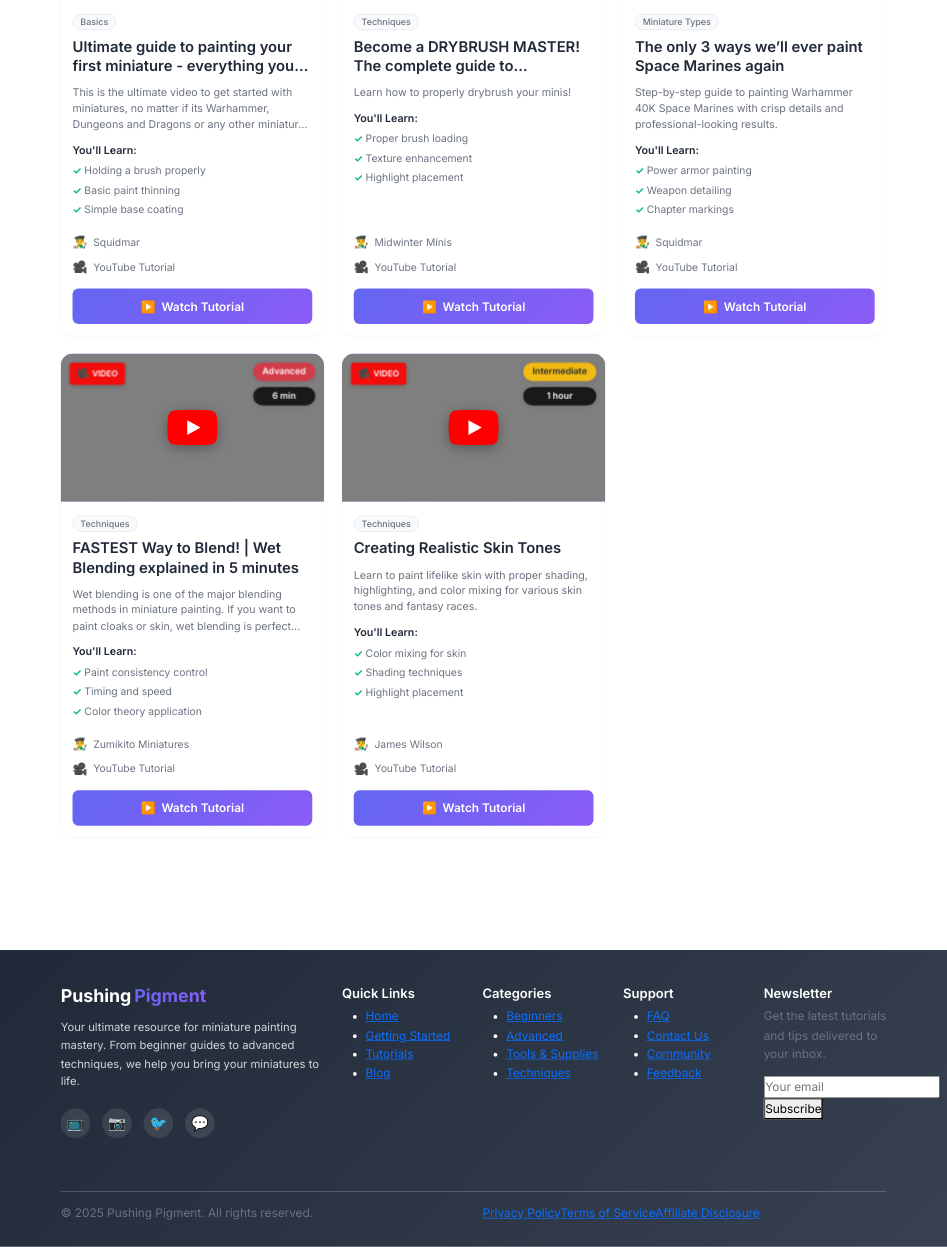
Repository: Aldentec/pushing-pigment-website
Page: /tutorials
These files come from the project's save history. The page is drawn as it stood at one moment and after the next save; the edit follows.
The browser window is 1280 px wide. The pictures show the part of the page from y = 866 to 2551 px (the page is 2551 px tall), at 74% of full size.
Pictures or frames that could not be fetched are drawn as grey boxes. The project was rebuilt for these pictures with package versions that can differ from the ones it lists, and the page was loaded fresh each time. Also part of the build but not shown: src/components/Hero/Hero.css, src/components/Hero/Hero.jsx, src/pages/Home/Home.css, src/pages/Home/Home.jsx, src/components/ProductCard/ProductCard.jsx, src/data/products.js, src/pages/Products/Products.jsx, src/data/tieredProducts.js and 3 more.

Above is the page before, as saved 2025-08-16 17:48:00.

### public/index.html
<!DOCTYPE html>
<html lang="en">
  <head>
    <meta charset="utf-8" />

    <!-- Basic Meta Tags -->
    <meta name="viewport" content="width=device-width, initial-scale=1" />
    <meta name="theme-color" content="#6366f1" />

    <!-- SEO Meta Tags -->
    <title>Pushing Pigment - Master Miniature Painting | Tutorials, Tools & Techniques</title>
    <meta name="description" content="Learn miniature painting with expert tutorials, essential tool guides, and step-by-step techniques. From beginner basics to advanced methods - your complete miniature painting resource." />
    <meta name="keywords" content="miniature painting, warhammer painting, mini painting tutorials, painting techniques, miniature paints, brushes, primer, tabletop gaming, model painting, acrylic paints" />
    <meta name="author" content="Pushing Pigment" />
    <meta name="robots" content="index, follow" />
    <link rel="canonical" href="https://pushingpigment.com" />

    <!-- Open Graph / Facebook -->
    <meta property="og:type" content="website" />
    <meta property="og:url" content="https://pushingpigment.com" />
    <meta property="og:title" content="Pushing Pigment - Master Miniature Painting | Tutorials & Tools" />
    <meta property="og:description" content="Learn miniature painting with expert tutorials, essential tool guides, and step-by-step techniques. From beginner basics to advanced methods." />
    <meta property="og:image" content="https://pushingpigment.com/og-image.jpg" />
    <meta property="og:site_name" content="Pushing Pigment" />
    <meta property="og:locale" content="en_US" />

    <!-- Twitter Card -->
    <meta property="twitter:card" content="summary_large_image" />
    <meta property="twitter:url" content="https://pushingpigment.com" />
    <meta property="twitter:title" content="Pushing Pigment - Master Miniature Painting" />
    <meta property="twitter:description" content="Learn miniature painting with expert tutorials, essential tool guides, and step-by-step techniques." />
    <meta property="twitter:image" content="https://pushingpigment.com/twitter-card.jpg" />
    <meta property="twitter:creator" content="@pushingpigment" />

    <!-- Additional SEO Tags -->
    <meta name="geo.region" content="US" />
    <meta name="geo.placename" content="United States" />
    <meta name="language" content="en-US" />
    <meta name="revisit-after" content="7 days" />
    <meta name="rating" content="general" />

    <!-- Favicons -->
    <link rel="icon" href="%PUBLIC_URL%/favicon.ico" />
    <link rel="apple-touch-icon" sizes="180x180" href="%PUBLIC_URL%/apple-touch-icon.png" />
    <link rel="icon" type="image/png" sizes="32x32" href="%PUBLIC_URL%/favicon-32x32.png" />
    <link rel="icon" type="image/png" sizes="16x16" href="%PUBLIC_URL%/favicon-16x16.png" />
    <link rel="manifest" href="%PUBLIC_URL%/site.webmanifest" />
    <link rel="mask-icon" href="%PUBLIC_URL%/safari-pinned-tab.svg" color="#6366f1" />
    <meta name="msapplication-TileColor" content="#6366f1" />
    <meta name="msapplication-config" content="%PUBLIC_URL%/browserconfig.xml" />

    <!-- Preconnect for Performance -->
    <link rel="preconnect" href="https://fonts.googleapis.com" />
    <link rel="preconnect" href="https://fonts.gstatic.com" crossorigin />
    <link rel="preconnect" href="https://www.amazon.com" />

    <!-- Google Fonts -->
    <link href="https://fonts.googleapis.com/css2?family=Inter:wght@300;400;500;600;700&display=swap" rel="stylesheet" />

    <!-- Structured Data / JSON-LD -->
    <script type="application/ld+json">
    {
      "@context": "https://schema.org",
      "@type": "WebSite",
      "name": "Pushing Pigment",
      "description": "Master miniature painting with expert tutorials, essential tool guides, and step-by-step techniques for all skill levels.",
      "url": "https://pushingpigment.com",
      "potentialAction": {
        "@type": "SearchAction",
        "target": {
          "@type": "EntryPoint",
          "urlTemplate": "https://pushingpigment.com/search?q={search_term_string}"
        },
        "query-input": "required name=search_term_string"
      },
      "publisher": {
        "@type": "Organization",
        "name": "Pushing Pigment",
        "url": "https://pushingpigment.com",
        "logo": {
          "@type": "ImageObject",
          "url": "https://pushingpigment.com/logo.png"
        },
        "sameAs": [
          "https://youtube.com/@pushingpigment",
          "https://instagram.com/pushingpigment",
          "https://twitter.com/pushingpigment"
        ]
      }
    }
    </script>

    <script type="application/ld+json">
    {
      "@context": "https://schema.org",
      "@type": "EducationalOrganization",
      "name": "Pushing Pigment",
      "description": "Educational resource for miniature painting techniques and tutorials",
      "url": "https://pushingpigment.com",
      "courseMode": "online",
      "educationalLevel": "Beginner to Advanced",
      "teaches": [
        "Miniature Painting",
        "Model Painting Techniques",
        "Acrylic Painting",
        "Brush Techniques",
        "Color Theory",
        "Weathering Effects"
      ]
    }
    </script>

    <!-- Amazon Associates Disclaimer -->
    <meta name="amazon-affiliate" content="true" />

    <!-- Performance Hints -->
    <link rel="dns-prefetch" href="//amazon.com" />
    <link rel="dns-prefetch" href="//images-amazon.com" />
    <link rel="dns-prefetch" href="//google-analytics.com" />

    <!-- Security Headers -->
    <meta http-equiv="X-Content-Type-Options" content="nosniff" />
    <meta http-equiv="X-Frame-Options" content="DENY" />
    <meta http-equiv="X-XSS-Protection" content="1; mode=block" />
    <meta name="referrer" content="strict-origin-when-cross-origin" />

    <!-- Google Analytics (Replace with your tracking ID) -->
    <!-- Global site tag (gtag.js) - Google Analytics -->
    <script async src="https://www.googletagmanager.com/gtag/js?id=GA_TRACKING_ID"></script>
    <script>
      window.dataLayer = window.dataLayer || [];
      function gtag(){dataLayer.push(arguments);}
      gtag('js', new Date());
      gtag('config', 'GA_TRACKING_ID');
    </script>

    <!-- Google Search Console Verification -->
    <meta name="google-site-verification" content="YOUR_VERIFICATION_CODE" />

    <!-- Bing Webmaster Tools Verification -->
    <meta name="msvalidate.01" content="YOUR_BING_VERIFICATION_CODE" />
  </head>
  <body>
    <noscript>
      <div style="text-align: center; padding: 50px; font-family: Arial, sans-serif;">
        <h1>JavaScript Required</h1>
        <p>You need to enable JavaScript to run this app and access all miniature painting tutorials and resources.</p>
        <p>Please enable JavaScript in your browser settings and reload the page.</p>
      </div>
    </noscript>

    <!-- Main App Container -->
    <div id="root"></div>

    <!-- Structured Data for Breadcrumbs -->
    <script type="application/ld+json">
    {
      "@context": "https://schema.org",
      "@type": "BreadcrumbList",
      "itemListElement": [
        {
          "@type": "ListItem",
          "position": 1,
          "name": "Home",
          "item": "https://pushingpigment.com"
        },
        {
          "@type": "ListItem",
          "position": 2,
          "name": "Getting Started",
          "item": "https://pushingpigment.com/products"
        },
        {
          "@type": "ListItem",
          "position": 3,
          "name": "Tutorials",
          "item": "https://pushingpigment.com/tutorials"
        }
      ]
    }
    </script>

    <!-- Service Worker Registration (Optional - for PWA features) -->
    <script>
      if ('serviceWorker' in navigator) {
        window.addEventListener('load', function() {
          navigator.serviceWorker.register('/sw.js')
            .then(function(registration) {
              console.log('SW registered: ', registration);
            })
            .catch(function(registrationError) {
              console.log('SW registration failed: ', registrationError);
            });
        });
      }
    </script>
  </body>
</html>

### src/App.jsx
import React from 'react';
import { BrowserRouter as Router, Routes, Route } from 'react-router-dom';
import 'bootstrap/dist/css/bootstrap.min.css';
import ScrollToTop from './components/ScrollToTop';
import './styles/global.css';
import './App.css';

// Components
import Navigation from './components/Navigation/Navigation';
import Footer from './components/Footer/Footer';

// Pages
import Home from './pages/Home/Home';
import Tutorials from './pages/Tutorials/Tutorials';
import Products from './pages/Products/Products';
import GettingStarted from './pages/GettingStarted/GettingStarted';

function App() {
  return (
    <Router>
      <ScrollToTop />
      <div className="App">
        <Navigation />
        <main>
          <Routes>
            <Route path="/" element={<Home />} />
            <Route path="/getting-started" element={<GettingStarted />} />
            <Route path="/products" element={<Products />} />
            <Route path="/tutorials" element={<Tutorials />} />
          </Routes>
        </main>
        <Footer />
      </div>
    </Router>
  );
}

export default App;

### src/App.css
/* App-specific styles */
.App {
  min-height: 100vh;
  display: flex;
  flex-direction: column;
}

main {
  flex: 1;
}

/* Global overrides for Bootstrap */
.btn:focus {
  box-shadow: none;
}

.btn-primary {
  background: var(--gradient-primary);
  border: none;
}

.btn-primary:hover,
.btn-primary:focus,
.btn-primary:active {
  background: var(--gradient-primary);
  filter: brightness(1.1);
  border: none;
}

.btn-outline-primary {
  border-color: var(--primary-color);
  color: var(--primary-color);
}

.btn-outline-primary:hover,
.btn-outline-primary:focus,
.btn-outline-primary:active {
  background: var(--primary-color);
  border-color: var(--primary-color);
  color: white;
}

/* Custom scrollbar */
::-webkit-scrollbar {
  width: 8px;
}

::-webkit-scrollbar-track {
  background: var(--bg-light);
}

::-webkit-scrollbar-thumb {
  background: var(--primary-color);
  border-radius: 4px;
}

::-webkit-scrollbar-thumb:hover {
  background: var(--secondary-color);
}

/* Smooth scrolling */
html {
  scroll-behavior: smooth;
}

/* Focus styles for accessibility */
*:focus {
  outline: 2px solid var(--primary-color);
  outline-offset: 2px;
}

.btn:focus,
.form-control:focus,
.form-select:focus {
  outline: none;
  box-shadow: 0 0 0 0.2rem rgba(99, 102, 241, 0.25);
}

### src/components/Navigation/Navigation.css
.custom-navbar {
  background: rgba(255, 255, 255, 0.95);
  backdrop-filter: blur(10px);
  border-bottom: 1px solid rgba(229, 231, 235, 0.3);
  transition: all 0.3s ease;
  padding: 1rem 0;
}

.custom-navbar.scrolled {
  background: rgba(255, 255, 255, 0.98);
  box-shadow: 0 4px 20px rgba(0, 0, 0, 0.1);
  padding: 0.5rem 0;
}

.brand-logo {
  font-size: 1.8rem;
  font-weight: 700;
  text-decoration: none;
  display: flex;
  align-items: center;
  gap: 0.75rem;
  transition: all 0.3s ease;
}

.brand-logo:hover {
  text-decoration: none;
  transform: scale(1.02);
}

/* Logo container with fallback logic */
.logo-container {
  position: relative;
  width: 40px;
  height: 40px;
  display: flex;
  align-items: center;
  justify-content: center;
}

.navbar-logo {
  height: 40px;
  width: auto;
  max-width: 40px;
  object-fit: contain;
  transition: all 0.3s ease;
  position: absolute;
  top: 0;
  left: 0;
}

.custom-navbar.scrolled .navbar-logo {
  height: 35px;
}

.custom-navbar.scrolled .logo-container {
  width: 35px;
  height: 35px;
}

/* Fallback paintbrush icon */
.paintbrush-icon-fallback {
  font-size: 1.8rem;
  line-height: 1;
  position: absolute;
  top: 50%;
  left: 50%;
  transform: translate(-50%, -50%);
  z-index: -1; /* Behind the image, shows only if image fails */
}

.custom-navbar.scrolled .paintbrush-icon-fallback {
  font-size: 1.6rem;
}

/* If you want to force show only the emoji (for testing) */
.logo-container.force-emoji .navbar-logo {
  display: none !important;
}

.logo-container.force-emoji .paintbrush-icon-fallback {
  z-index: 1;
}

.brand-text-container {
  display: flex;
  flex-direction: row;
  align-items: center;
  gap: 0.25rem;
}

.brand-text {
  color: var(--text-dark);
}

.brand-accent {
  background: var(--gradient-primary);
  -webkit-background-clip: text;
  -webkit-text-fill-color: transparent;
  background-clip: text;
}

.navbar-nav .nav-link {
  font-weight: 500;
  color: var(--text-dark) !important;
  margin: 0 0.5rem;
  padding: 0.5rem 1rem !important;
  border-radius: 8px;
  transition: all 0.3s ease;
  position: relative;
}

.navbar-nav .nav-link:hover {
  color: var(--primary-color) !important;
  background: var(--bg-light);
}

.navbar-nav .nav-link.active {
  color: var(--primary-color) !important;
  background: var(--bg-light);
}

.navbar-nav .nav-link.active::after {
  content: '';
  position: absolute;
  bottom: -2px;
  left: 50%;
  transform: translateX(-50%);
  width: 20px;
  height: 3px;
  background: var(--gradient-primary);
  border-radius: 2px;
}

.navbar-toggler {
  border: none;
  padding: 0.25rem 0.5rem;
}

.navbar-toggler:focus {
  box-shadow: none;
}

.navbar-toggler-icon {
  background-image: url("data:[embedded picture, 228 characters]");
}

@media (max-width: 991px) {
  .custom-navbar {
    padding: 0.75rem 0;
  }

  .navbar-nav .nav-link {
    margin: 0.25rem 0;
    text-align: center;
  }

  .navbar-nav .nav-link.active::after {
    display: none;
  }

  .logo-container {
    width: 35px;
    height: 35px;
  }

  .navbar-logo {
    height: 35px;
  }

  .paintbrush-icon-fallback {
    font-size: 1.6rem;
  }

  .brand-text-container {
    flex-direction: column;
    gap: 0;
    line-height: 1;
  }

  .brand-text, .brand-accent {
    font-size: 0.9rem;
  }
}

### src/components/Footer/Footer.css
.site-footer {
  background: linear-gradient(135deg, var(--text-dark) 0%, #374151 100%);
  color: white;
  padding: 3rem 0 1rem;
  margin-top: 4rem;
}

.footer-section {
  margin-bottom: 2rem;
}

.footer-brand {
  font-size: 1.5rem;
  font-weight: 700;
  margin-bottom: 1rem;
  display: flex;
  align-items: center;
}

.footer-brand .brand-text {
  color: white;
  margin-right: 0.25rem;
}

.footer-brand .brand-accent {
  background: var(--gradient-primary);
  -webkit-background-clip: text;
  -webkit-text-fill-color: transparent;
  background-clip: text;
}

.footer-description {
  color: rgba(255, 255, 255, 0.8);
  line-height: 1.6;
  margin-bottom: 1.5rem;
  font-size: 0.95rem;
}

.social-links {
  display: flex;
  gap: 1rem;
}

.social-link {
  display: inline-flex;
  align-items: center;
  justify-content: center;
  width: 40px;
  height: 40px;
  background: rgba(255, 255, 255, 0.1);
  border-radius: 50%;
  color: white;
  text-decoration: none;
  font-size: 1.2rem;
  transition: all 0.3s ease;
}

### src/data/tutorials.js
// src/data/tutorials.js
// Tutorial data with YouTube integration - replace URLs with your actual videos

export const tutorialData = [
  {
    id: 1,
    title: "Ultimate guide to painting your first miniature - everything you need to know ",
    description: "This is the ultimate video to get started with miniatures, no matter if its Warhammer, Dungeons and Dragons or any other miniature based hobby like 3D printing. We go through everything from picking the right miniature, building your first miniature as well as the three most common ways of painting miniatures.",
    category: "Basics",
    difficulty: "Beginner",
    duration: "43 min",
    instructor: "Squidmar",
    icon: "🎯",
    skills: [
      "Holding a brush properly",
      "Basic paint thinning",
      "Simple base coating",
    ],
    youtubeUrl: "https://www.youtube.com/watch?v=S7-At4qVC84&t=2429s",
    link: "#tutorial-1" // Fallback link if YouTube URL doesn't work
  },
  {
    id: 2,
    title: "Become a DRYBRUSH MASTER! The complete guide to drybrushing minis ",
    description: "Learn how to properly drybrush your minis!",
    category: "Techniques",
    difficulty: "Beginner",
    duration: "26 min",
    instructor: "Midwinter Minis",
    icon: "🖌️",
    skills: [
      "Proper brush loading",
      "Texture enhancement",
      "Highlight placement",
      "Edge highlighting"
    ],
    youtubeUrl: "https://www.youtube.com/watch?v=LtD1kyz5slk&t=922s",
    link: "#tutorial-2"
  },
  {
    id: 3,
    title: "The only 3 ways we’ll ever paint Space Marines again ",
    description: "Step-by-step guide to painting Warhammer 40K Space Marines with crisp details and professional-looking results.",
    category: "Miniature Types",
    difficulty: "Intermediate",
    duration: "17 min",
    instructor: "Squidmar",
    icon: "⚔️",
    skills: [
      "Power armor painting",
      "Weapon detailing",
      "Chapter markings",
      "Battle damage effects"
    ],
    youtubeUrl: "https://www.youtube.com/watch?v=sxgJUp5A8f0", // Replace with your actual YouTube video
    link: "#tutorial-3"
  },
  {
    id: 4,
    title: "FASTEST Way to Blend! | Wet Blending explained in 5 minutes",
    description: "Wet blending is one of the major blending methods in miniature painting. If you want to paint cloaks or skin, wet blending is perfect solution! Of course you can go ahead and use it on space marine armor, but natural surfaces are the best for wet blending.",
    category: "Techniques",
    difficulty: "Advanced",
    duration: "6 min",
    instructor: "Zumikito Miniatures",
    icon: "🌈",
    skills: [
      "Paint consistency control",
      "Timing and speed",
      "Color theory application",
      "Gradient smoothing"
    ],
    youtubeUrl: "https://www.youtube.com/watch?v=uqFnsbE1Mr4", // Replace with your actual YouTube video
    link: "#tutorial-4"
  },
  {
    id: 5,
    title: "Creating Realistic Skin Tones",
    description: "Learn to paint lifelike skin with proper shading, highlighting, and color mixing for various skin tones and fantasy races.",
    category: "Techniques",
    difficulty: "Intermediate",
    duration: "1 hour",
    instructor: "James Wilson",
    icon: "👤",
    skills: [
      "Color mixing for skin",
      "Shading techniques",
      "Highlight placement",
      "Fantasy skin variations"
    ],
    youtubeUrl: "https://www.youtube.com/watch?v=dQw4w9WgXcQ", // Replace with your actual YouTube video
    link: "#tutorial-5"
  }
];

// Helper functions for filtering
export const getTutorialsByDifficulty = (difficulty) => {
  return tutorialData.filter(tutorial => tutorial.difficulty === difficulty);
};

export const getTutorialsByCategory = (category) => {
  return tutorialData.filter(tutorial => tutorial.category === category);
};

export const getPopularTutorials = () => {
  return tutorialData.filter(tutorial => tutorial.rating >= 4.5).sort((a, b) => b.rating - a.rating);
};

export const getBeginnerTutorials = () => {
  return getTutorialsByDifficulty('Beginner');
};

### src/pages/Products/Products.css
.products-page {
  padding-top: 80px;
}

.products-hero {
  background: var(--bg-light);
  padding: 4rem 0;
  margin-bottom: 3rem;
}

.products-title {
  font-size: 3rem;
  font-weight: 700;
  margin-bottom: 1.5rem;
  color: var(--text-dark);
}

.products-description {
  font-size: 1.25rem;
  color: var(--text-light);
  line-height: 1.6;
  margin: 0;
}

.products-content {
  padding-bottom: 4rem;
}

.filter-title {
  font-size: 1rem;
  font-weight: 600;
  color: var(--text-dark);
  margin-bottom: 0.75rem;
}

.category-filters {
  margin-bottom: 1rem;
}

.category-buttons {
  display: flex;
  flex-wrap: wrap;
  gap: 0.5rem;
}

.category-btn {
  border-radius: 20px;
  font-size: 0.875rem;
  font-weight: 500;
  padding: 0.5rem 1rem;
  transition: all 0.3s ease;
}

.category-btn:hover {
  transform: translateY(-1px);
}

.sort-controls {
  display: flex;
  flex-direction: column;
}

.sort-select {
  border-radius: 8px;
  border: 1px solid var(--border-color);
  padding: 0.5rem 0.75rem;
  font-size: 0.9rem;
}

.sort-select:focus {
  border-color: var(--primary-color);
  box-shadow: 0 0 0 0.2rem rgba(99, 102, 241, 0.25);
}

.results-summary {
  margin-bottom: 1rem;
}

.results-badge {
  font-size: 0.875rem;
  padding: 0.6rem 1.2rem;
  border-radius: 20px;
  background: var(--bg-light) !important;
  color: var(--text-light) !important;
  border: 1px solid var(--border-color);
}

.no-products {
  text-align: center;
  padding: 3rem 1rem;
}

.no-products-icon {
  font-size: 4rem;
  margin-bottom: 1rem;
  opacity: 0.5;
}

.no-products h4 {
  color: var(--text-dark);
  margin-bottom: 0.5rem;
}

.no-products p {
  margin-bottom: 2rem;
}

/* Animation for product cards */
.products-page .product-card {
  animation: fadeInUp 0.6s ease-out;
}

/* Responsive Design */
@media (max-width: 992px) {
  .products-title {
    font-size: 2.5rem;
  }

  .products-description {
    font-size: 1.1rem;
  }

  .category-filters {
    margin-bottom: 2rem;
  }

  .sort-controls {
    margin-top: 1rem;
  }
}

@media (max-width: 768px) {
  .products-hero {
    padding: 3rem 0;
  }

  .products-title {
    font-size: 2rem;
  }

  .products-description {
    font-size: 1rem;
  }

  .category-buttons {
    justify-content: center;
  }

  .no-products-icon {
    font-size: 3rem;
  }
}

Loaded but not shown: src/index.tsx (common file); src/index.css (common file); src/reportWebVitals.ts (common file); src/components/ScrollToTop.js (common file); src/pages/Tutorials/Tutorials.jsx (304 lines, source omitted); src/components/GettingStarted/GettingStarted.css (688 lines, source omitted); src/pages/Tutorials/Tutorials.css (470 lines, source omitted); src/components/ProductCard/ProductCard.css (347 lines, source omitted); src/components/Footer/Footer.jsx (118 lines, source omitted); src/styles/global.css (170 lines, source omitted); src/components/Navigation/Navigation.jsx (115 lines, source omitted)

After the next save:
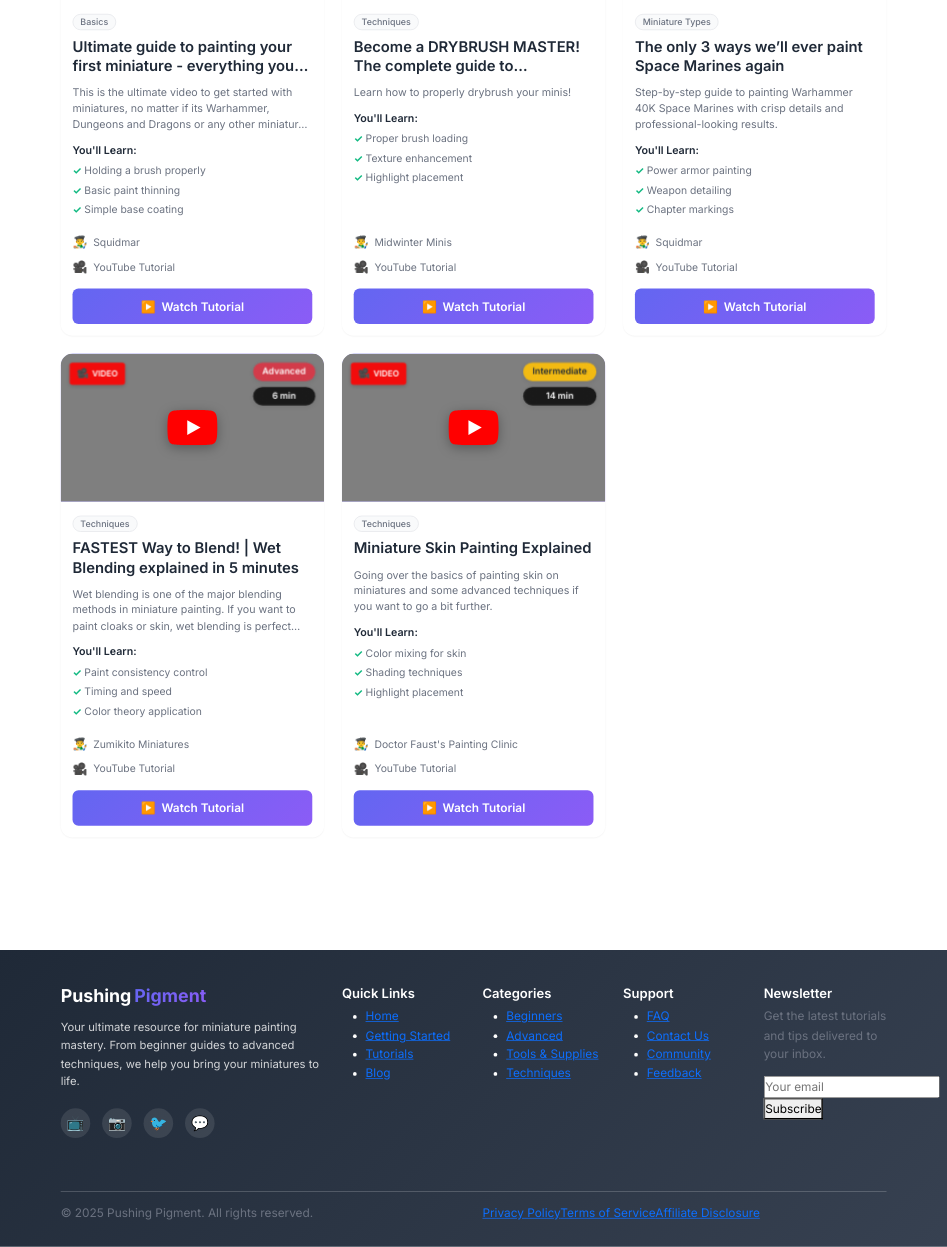
Saved 2 min 2 s later.
--- a/src/data/tutorials.js
+++ b/src/data/tutorials.js
@@ -75,12 +75,12 @@
   },
   {
     id: 5,
-    title: "Creating Realistic Skin Tones",
-    description: "Learn to paint lifelike skin with proper shading, highlighting, and color mixing for various skin tones and fantasy races.",
+    title: "Miniature Skin Painting Explained",
+    description: "Going over the basics of painting skin on miniatures and some advanced techniques if you want to go a bit further.",
     category: "Techniques",
     difficulty: "Intermediate",
-    duration: "1 hour",
-    instructor: "James Wilson",
+    duration: "14 min",
+    instructor: "Doctor Faust's Painting Clinic",
     icon: "👤",
     skills: [
       "Color mixing for skin",
@@ -88,7 +88,7 @@
       "Highlight placement",
       "Fantasy skin variations"
     ],
-    youtubeUrl: "https://www.youtube.com/watch?v=dQw4w9WgXcQ", // Replace with your actual YouTube video
+    youtubeUrl: "https://www.youtube.com/watch?v=9wSZjPHaaC4", // Replace with your actual YouTube video
     link: "#tutorial-5"
   }
 ];
